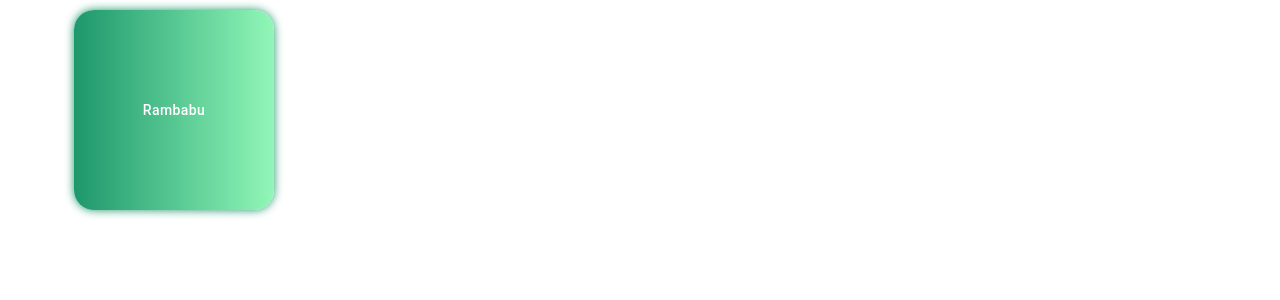
Repository: lokeshHappiest/reactjs-hm-template
Page: / (app in hm-react-template/)
The author's editor kept a copy of each file at every save. The page is drawn from the files as they stood at one save, then again after the next save.
The browser window is 1280 px wide. The pictures show the whole page.
The project was rebuilt for these pictures with package versions that can differ from the ones it lists, and the page was loaded fresh each time. Requests to the local data server were answered from the project's data file. Also part of the build but not shown: hm-react-template/src/styles/styles.js, hm-react-template/src/components/SButton.jsx.

Above is the page before, as saved 2021-12-23 18:21:30.

### hm-react-template/src/App.js
import SButton from "./components/SButton";
import { useFetch } from "./hooks/useFetch";
import { useState } from "react";
import { Container } from "@mui/material";
import SCard from "./components/SCard";

export default function App() {
  const [url, setUrl] = useState("http://localhost:3000/notes");
  const { data, isPending, error } = useFetch(url);

  return (
    <Container>
      <SCard color="white" width={200} height={200} title="Rambabu" />
    </Container>
    // <div>
    //   {isPending && <div>Loading...</div>}
    //   {error && <div>{error}</div>}
    //   {data && data.map((d) => <div key={d.id}>{d.title}</div>)}
    //   <SButton
    //     title="Fetch All Data"
    //     onClick={() => setUrl("http://localhost:3000/notes")}
    //   />
    //   <SButton
    //     title="Fetch Work Data"
    //     onClick={() => setUrl("http://localhost:3000/notes?category=work")}
    //   />
    // </div>
  );
}

### hm-react-template/src/hooks/useFetch.js
import { useState, useEffect } from "react";

export const useFetch = (url) => {
  const [data, setData] = useState(null);
  const [isPending, setIsPending] = useState(null);
  const [error, setError] = useState(null);

  useEffect(() => {
    const fetchData = async () => {
      setIsPending(true);
      try {
        const response = await fetch(url);
        if (!response.ok) {
          throw new Error(response.statusText);
        }
        const json = await response.json();
        setIsPending(false);
        setError(null);
        setData(json);
      } catch (err) {
        setIsPending(false);
        setError("could not fetch data");
        console.log(err.message);
      }
    };
    fetchData();
  }, [url]);
  return { data, isPending, error };
};

### hm-react-template/src/components/SCard.jsx
import { styled, Box, Button } from "@mui/material";
import { unstable_extendSxProp as extendSXProp } from "@mui/system";

const StyledBox = styled(Button)({});

const styles = {
  card: {
    backgroundImage:
      "linear-gradient(to right, #1D976C 0%, #93F9B9  51%, #1D976C  100%)",
    margin: "10px",
    p: 2,
    textTransform: "none",
    transition: "0.5s",
    backgroundSize: "200% auto",
    color: "white",
    boxShadow: "0 0 10px #1D976C",
    borderRadius: "20px",
    display: "block",
    "&:hover": {
      backgroundPosition: "right center",
    },
  },
};

export default function SCard(inProps) {
  const { sx, title } = extendSXProp(inProps);
  return <StyledBox sx={{ ...styles.card, ...sx }}>{title}</StyledBox>;
}

### hm-react-template/data/db.json
{
  "notes": [
    {
      "title": "Yoshi's birthday bash",
      "details": "Lorem Ipsum is simply dummy text of the printing and typesetting industry. Lorem Ipsum has been the industry's standard dummy text ever since the 1500s, when an unknown printer took a galley of type and scrambled it to make a type specimen book.",
      "category": "reminders",
      "id": 1
    },
    {
      "title": "Complete my ninja training",
      "details": "Lorem Ipsum is simply dummy text of the printing and typesetting industry. Lorem Ipsum has been the industry's standard dummy text ever since the 1500s, when an unknown printer took.",
      "category": "work",
      "id": 2
    },
    {
      "title": "Order a pizza!",
      "details": "Lorem Ipsum is simply dummy text of the printing and typesetting industry. Lorem Ipsum has been the industry's standard dummy text ever since the 1500s, when an unknown printer took a galley of type and scrambled it to make a type specimen book.\nLorem Ipsum is simply dummy text of the printing and typesetting industry. Lorem Ipsum has been the industry's standard dummy text ever since the 1500s, when an unknown printer took a galley of type and scrambled it to make a type specimen book.",
      "category": "todos",
      "id": 3
    },
    {
      "title": "pay the milk man",
      "details": " blah blah blah",
      "category": "work",
      "id": 4
    },
    {
      "title": "Pay the Internet bill",
      "details": "blah blah blah",
      "category": "money",
      "id": 5
    },
    {
      "title": "Note 80",
      "detail": "hksfh kjhfkjsd kfksdhfkj lkkhsjf lkjflasjf lkjlkjf ",
      "category": "reminders",
      "id": 6
    },
    {
      "title": "pay room rent",
      "details": " blah blah blah",
      "category": "work",
      "id": 7
    }
  ]
}

Loaded but not shown: hm-react-template/public/index.html (common file); hm-react-template/src/index.js (common file)

After the next save:
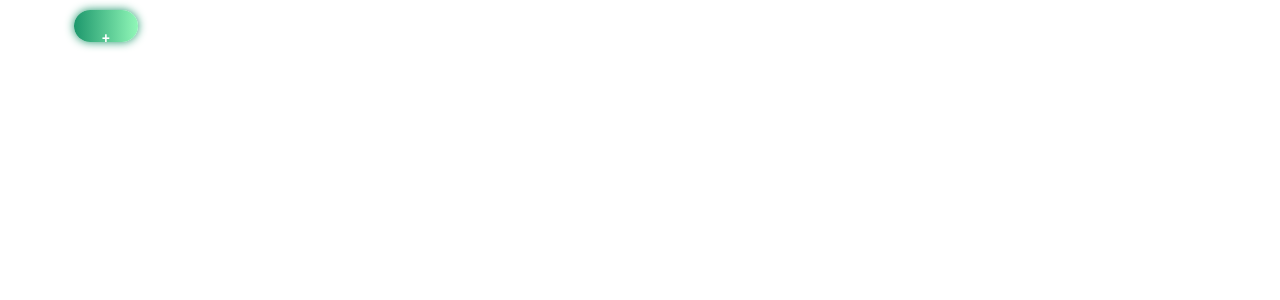
Saved 23 s later.
--- a/hm-react-template/src/App.js
+++ b/hm-react-template/src/App.js
@@ -10,7 +10,7 @@ export default function App() {
 
   return (
     <Container>
-      <SCard color="white" width={200} height={200} title="Rambabu" />
+      <SCard color="white" width={20} height={20} title="+" />
     </Container>
     // <div>
     //   {isPending && <div>Loading...</div>}
